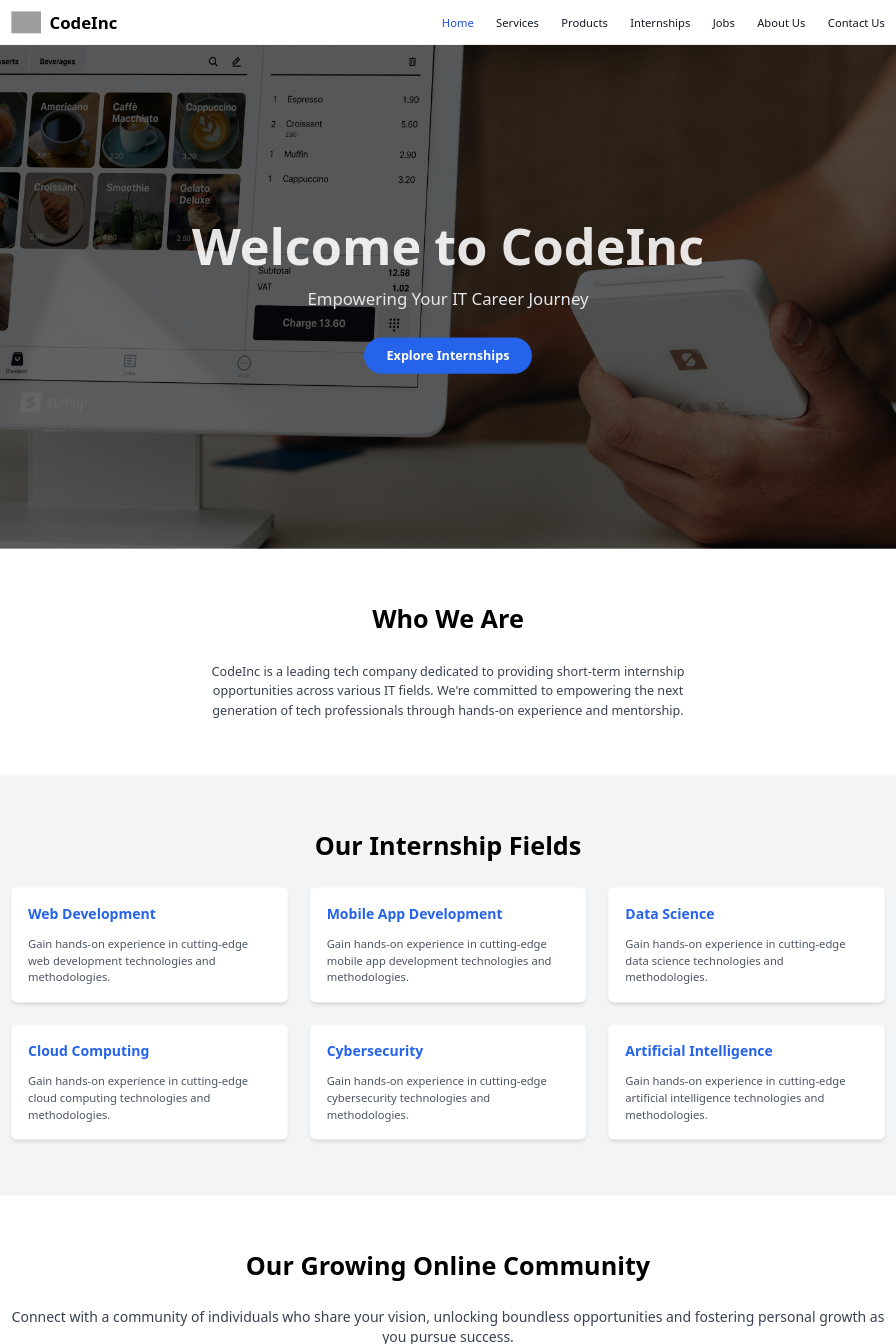
Repository: Charith117/CodeInc-Project
Page: / (app in frontend/)
An editor plug-in stored every save of this project. The page is shown before and after a run of saves, followed by the edit.
The browser window is 1280 px wide. The pictures show the part of the page from y = 0 to 1920 px (the page is 3510 px tall before and 3210 px after), at 70% of full size.
Pictures or frames that could not be fetched are drawn as grey boxes. The page's requests for data from a server got no answer. The project was rebuilt for these pictures with package versions that can differ from the ones it lists, and the page was loaded fresh each time. No one was signed in, and anything a server would have sent is missing. Also part of the build but not shown: frontend/vite.config.js, frontend/src/pages/Services.jsx, frontend/src/pages/Products.jsx, frontend/src/components/InternShipFieldCard.jsx, frontend/src/pages/Internships.jsx, frontend/src/pages/Jobs.jsx, frontend/src/pages/Verification.jsx, frontend/src/pages/AboutUs.jsx and 1 more.

Above is the page before, as saved 2024-09-15 16:33:39.

### frontend/src/App.jsx
import { BrowserRouter as Router, Route, Routes } from 'react-router-dom';
import Header from './components/Header';
import Footer from './components/Footer';
import Home from './pages/Home';
import Services from './pages/Services';
import Products from './pages/Products';
import Internships from './pages/Internships';
import Jobs from './pages/Jobs';
import Verification from './pages/Verification';
import AboutUs from './pages/AboutUs';
import ContactUs from './pages/ContactUs';

function App() {
  return (
    <Router>
      <div className="flex flex-col min-h-screen">
        <Header />
        <main className="flex-grow">
          <Routes>
            <Route path="/" element={<Home />} />
            <Route path="/services" element={<Services />} />
            <Route path="/products" element={<Products />} />
            <Route path="/internships" element={<Internships />} />
            <Route path="/jobs" element={<Jobs />} />
            <Route path="/verification" element={<Verification />} />
            <Route path="/about-us" element={<AboutUs />} />
            <Route path="/contact-us" element={<ContactUs />} />
          </Routes>
        </main>
        <Footer />
      </div>
    </Router>
  );
}

export default App;

### frontend/src/components/Header.jsx
import Navigation from './Navigation';

function Header() {
  return (
    <header>
      <Navigation />
    </header>
  );
}

export default Header;

### frontend/src/components/Footer.jsx
import { FaFacebook, FaTwitter, FaInstagram, FaLinkedin } from 'react-icons/fa';


function Footer() {
    return (
      <footer className="py-10 text-white bg-gray-800">
        <div className="container px-4 mx-auto">
          <div className="grid grid-cols-1 gap-8 md:grid-cols-4">
            <div>
              <h3 className="mb-4 text-lg font-semibold">Useful Links</h3>
              <ul className="space-y-2">
                <li><a href="#" className="hover:text-blue-300">Privacy Policy</a></li>
                <li><a href="#" className="hover:text-blue-300">Refund Policy</a></li>
                <li><a href="#" className="hover:text-blue-300">Terms and Conditions</a></li>
              </ul>
            </div>
            <div>
              <h3 className="mb-4 text-lg font-semibold">Legal Links</h3>
              <ul className="space-y-2">
                <li><a href="#" className="hover:text-blue-300">Home</a></li>
                <li><a href="#" className="hover:text-blue-300">About Us</a></li>
                <li><a href="#" className="hover:text-blue-300">Services</a></li>
                <li><a href="#" className="hover:text-blue-300">Internships</a></li>
              </ul>
            </div>
            <div>
              <h3 className="mb-4 text-lg font-semibold">Contact Info</h3>
              <p>Lokenath bose garden lane</p>
              <p>Kolkata, West Bengal</p>
            </div>
            <div>
              <h3 className="mb-4 text-lg font-semibold">Follow Us</h3>
              <div className="flex space-x-4">
                <a href="#" className="text-2xl hover:text-blue-300"><FaFacebook /></a>
                <a href="#" className="text-2xl hover:text-blue-300"><FaTwitter /></a>
                <a href="#" className="text-2xl hover:text-blue-300"><FaInstagram /></a>
                <a href="#" className="text-2xl hover:text-blue-300"><FaLinkedin /></a>
              </div>
            </div>
          </div>
        </div>
      </footer>
    );
  }

  export default Footer;

### frontend/src/pages/Home.jsx
import { useState, useEffect } from 'react';
import { getInternships } from '../services/api';

function Home() {
  const [internships, setInternships] = useState([]);
  const [formData, setFormData] = useState({
    name: '',
    lastName: '',
    email: '',
    message: ''
  });

  useEffect(() => {
    const fetchInternships = async () => {
      try {
        const response = await getInternships();
        setInternships(response.data);
      } catch (error) {
        console.error('Error fetching internships:', error);
      }
    };
    fetchInternships();
  }, []);

  const handleInputChange = (e) => {
    const { name, value } = e.target;
    setFormData(prevState => ({
      ...prevState,
      [name]: value
    }));
  };

  const handleSubmit = (e) => {
    e.preventDefault();
    // Here you would typically send the form data to your backend
    console.log('Form submitted:', formData);
    // Reset form after submission
    setFormData({
      name: '',
      lastName: '',
      email: '',
      message: ''
    });
  };

  return (
    <div className="bg-gray-50">
      {/* Hero Section */}
      <section className="relative flex items-center justify-center h-screen overflow-hidden bg-center bg-cover">
        <div className="absolute inset-0 bg-center bg-cover animate-ken-burns" style={{backgroundImage: "url('hero-image.jpg')"}}></div>
        <div className="absolute inset-0 bg-black opacity-60"></div>
        <div className="relative z-10 max-w-4xl px-4 mx-auto text-center">
          <h1 className="mb-6 text-5xl font-bold text-white md:text-7xl animate-fade-in-down animate-pulse">Welcome to CodeInc</h1>
          <p className="mb-10 text-xl text-gray-200 md:text-2xl animate-fade-in-up">Empowering Your IT Career Journey</p>
          <a
            href="internships"
            className="inline-block px-8 py-3 text-lg font-semibold text-white transition duration-300 ease-in-out transform bg-blue-600 rounded-full hover:bg-blue-700 hover:scale-105 animate-fade-in"
          >
            Explore Internships
          </a>
        </div>
      </section>

      {/* About Us Section */}
      <section className="py-20 bg-white">
        <div className="container px-4 mx-auto">
          <h2 className="mb-10 text-3xl font-bold text-center md:text-4xl">Who We Are</h2>
          <p className="max-w-3xl mx-auto text-lg text-center text-gray-700">
            CodeInc is a leading tech company dedicated to providing short-term internship opportunities across various IT fields. We're committed to empowering the next generation of tech professionals through hands-on experience and mentorship.
          </p>
        </div>
      </section>

      {/* Internship Fields Section */}
      <section className="py-20 bg-gray-100">
        <div className="container px-4 mx-auto">
          <h2 className="mb-10 text-3xl font-bold text-center md:text-4xl">Our Internship Fields</h2>
          <div className="grid grid-cols-1 gap-8 md:grid-cols-3">
            {['Web Development', 'Mobile App Development', 'Data Science', 'Cloud Computing', 'Cybersecurity', 'Artificial Intelligence'].map((field, index) => (
              <div key={index} className="p-6 transition duration-300 bg-white rounded-lg shadow-md hover:shadow-lg">
                <h3 className="mb-4 text-xl font-semibold text-blue-600">{field}</h3>
                <p className="text-gray-600">Gain hands-on experience in cutting-edge {field.toLowerCase()} technologies and methodologies.</p>
              </div>
            ))}
          </div>
        </div>
      </section>

      {/* Our Growing Online Community Section */}
      <section className="py-20 bg-white">
        <div className="container px-4 mx-auto">
          <h2 className="mb-10 text-3xl font-bold text-center md:text-4xl">Our Growing Online Community</h2>
          <p className="mb-12 text-xl text-center text-gray-700">
            Connect with a community of individuals who share your vision, unlocking boundless opportunities and fostering personal growth as you pursue success.
          </p>
          <div className="grid grid-cols-1 gap-8 md:grid-cols-2 lg:grid-cols-4">
            <div className="p-6 text-center rounded-lg bg-gray-50">
              <h3 className="mb-2 text-4xl font-bold text-blue-600">240K+</h3>
              <p className="text-gray-600">LinkedIn community</p>
            </div>
            <div className="p-6 text-center rounded-lg bg-gray-50">
              <h3 className="mb-2 text-4xl font-bold text-blue-600">6K+</h3>
              <p className="text-gray-600">Telegram community</p>
            </div>
            <div className="p-6 text-center rounded-lg bg-gray-50">
              <h3 className="mb-2 text-4xl font-bold text-blue-600">20K+</h3>
              <p className="text-gray-600">Instagram community</p>
            </div>
            <div className="p-6 text-center rounded-lg bg-gray-50">
              <h3 className="mb-2 text-4xl font-bold text-blue-600">90K+</h3>
              <p className="text-gray-600">Facebook community</p>
            </div>
          </div>
        </div>
      </section>

      {/* Community Section */}
      <section className="py-20 bg-gray-100">
        <div className="container px-4 mx-auto text-center">
          <h2 className="mb-6 text-3xl font-bold md:text-4xl">Join Our Intern Community</h2>
          <p className="max-w-2xl mx-auto mb-8 text-lg text-gray-700">Connect with fellow interns, mentors, and industry professionals in our vibrant community.</p>
          <a href="#" className="px-8 py-3 text-lg font-semibold text-white transition duration-300 bg-blue-600 rounded-full hover:bg-blue-700">Join Now</a>
        </div>
      </section>

      {/* Contact Section */}
      <section className="py-20 bg-white">
        <div className="container px-4 mx-auto">
          <h2 className="mb-6 text-3xl font-bold text-center md:text-4xl">Get in Touch</h2>
          <p className="max-w-2xl mx-auto mb-8 text-lg text-center text-gray-700">Have questions about our internship programs? We'd love to hear from you!</p>
          <form onSubmit={handleSubmit} className="max-w-lg mx-auto">
            <div className="mb-4">
              <label htmlFor="name" className="block mb-2 font-bold text-gray-700">Name*</label>
              <input
                type="text"
                id="name"
                name="name"
                value={formData.name}
                onChange={handleInputChange}
                required
                className="w-full px-3 py-2 leading-tight text-gray-700 border rounded shadow appearance-none focus:outline-none focus:shadow-outline"
              />
            </div>
            <div className="mb-4">
              <label htmlFor="lastName" className="block mb-2 font-bold text-gray-700">Last name</label>
              <input
                type="text"
                id="lastName"
                name="lastName"
                value={formData.lastName}
                onChange={handleInputChange}
                className="w-full px-3 py-2 leading-tight text-gray-700 border rounded shadow appearance-none focus:outline-none focus:shadow-outline"
              />
            </div>
            <div className="mb-4">
              <label htmlFor="email" className="block mb-2 font-bold text-gray-700">Your email*</label>
              <input
                type="email"
                id="email"
                name="email"
                value={formData.email}
                onChange={handleInputChange}
                required
                className="w-full px-3 py-2 leading-tight text-gray-700 border rounded shadow appearance-none focus:outline-none focus:shadow-outline"
              />
            </div>
            <div className="mb-6">
              <label htmlFor="message" className="block mb-2 font-bold text-gray-700">Message*</label>
              <textarea
                id="message"
                name="message"
                value={formData.message}
                onChange={handleInputChange}
                required
                className="w-full px-3 py-2 leading-tight text-gray-700 border rounded shadow appearance-none focus:outline-none focus:shadow-outline"
                rows="4"
              ></textarea>
            </div>
            <div className="flex items-center justify-center">
              <button type="submit" className="px-8 py-3 text-lg font-semibold text-white transition duration-300 bg-green-600 rounded-full hover:bg-green-700">
                Submit
              </button>
            </div>
          </form>
        </div>
      </section>



    </div>
  );
}

export default Home;

### frontend/src/components/Navigation.jsx
import { Link } from 'react-router-dom';

function Navigation() {
  return (
    <nav className="bg-white border-gray-200 dark:bg-gray-900">
      <div className="flex flex-wrap items-center justify-between max-w-screen-xl p-4 mx-auto">
        <Link to="/" className="flex items-center">
          <img src="https://flowbite.com/docs/images/logo.svg" className="h-8 mr-3" alt="CodeInc Logo" />
          <span className="self-center text-2xl font-semibold whitespace-nowrap dark:text-white">CodeInc</span>
        </Link>
        <button data-collapse-toggle="navbar-default" type="button" className="inline-flex items-center p-2 ml-3 text-sm text-gray-500 rounded-lg md:hidden hover:bg-gray-100 focus:outline-none focus:ring-2 focus:ring-gray-200 dark:text-gray-400 dark:hover:bg-gray-700 dark:focus:ring-gray-600" aria-controls="navbar-default" aria-expanded="false">
          <span className="sr-only">Open main menu</span>
          <svg className="w-6 h-6" aria-hidden="true" fill="currentColor" viewBox="0 0 20 20" xmlns="http://www.w3.org/2000/svg"><path fillRule="evenodd" d="M3 5a1 1 0 011-1h12a1 1 0 110 2H4a1 1 0 01-1-1zM3 10a1 1 0 011-1h12a1 1 0 110 2H4a1 1 0 01-1-1zM3 15a1 1 0 011-1h12a1 1 0 110 2H4a1 1 0 01-1-1z" clipRule="evenodd"></path></svg>
        </button>
        <div className="hidden w-full md:block md:w-auto" id="navbar-default">
          <ul className="flex flex-col p-4 mt-4 font-medium border border-gray-100 rounded-lg md:p-0 bg-gray-50 md:flex-row md:space-x-8 md:mt-0 md:border-0 md:bg-white dark:bg-gray-800 md:dark:bg-gray-900 dark:border-gray-700">
            <li>
              <Link to="/" className="block py-2 pl-3 pr-4 text-white bg-blue-700 rounded md:bg-transparent md:text-blue-700 md:p-0 dark:text-white md:dark:text-blue-500" aria-current="page">Home</Link>
            </li>
            <li>
              <Link to="/services" className="block py-2 pl-3 pr-4 text-gray-900 rounded hover:bg-gray-100 md:hover:bg-transparent md:border-0 md:hover:text-blue-700 md:p-0 dark:text-white md:dark:hover:text-blue-500 dark:hover:bg-gray-700 dark:hover:text-white md:dark:hover:bg-transparent">Services</Link>
            </li>
            <li>
              <Link to="/products" className="block py-2 pl-3 pr-4 text-gray-900 rounded hover:bg-gray-100 md:hover:bg-transparent md:border-0 md:hover:text-blue-700 md:p-0 dark:text-white md:dark:hover:text-blue-500 dark:hover:bg-gray-700 dark:hover:text-white md:dark:hover:bg-transparent">Products</Link>
            </li>
            <li>
              <Link to="/internships" className="block py-2 pl-3 pr-4 text-gray-900 rounded hover:bg-gray-100 md:hover:bg-transparent md:border-0 md:hover:text-blue-700 md:p-0 dark:text-white md:dark:hover:text-blue-500 dark:hover:bg-gray-700 dark:hover:text-white md:dark:hover:bg-transparent">Internships</Link>
            </li>
            <li>
              <Link to="/jobs" className="block py-2 pl-3 pr-4 text-gray-900 rounded hover:bg-gray-100 md:hover:bg-transparent md:border-0 md:hover:text-blue-700 md:p-0 dark:text-white md:dark:hover:text-blue-500 dark:hover:bg-gray-700 dark:hover:text-white md:dark:hover:bg-transparent">Jobs</Link>
            </li>
            <li>
              <Link to="/about-us" className="block py-2 pl-3 pr-4 text-gray-900 rounded hover:bg-gray-100 md:hover:bg-transparent md:border-0 md:hover:text-blue-700 md:p-0 dark:text-white md:dark:hover:text-blue-500 dark:hover:bg-gray-700 dark:hover:text-white md:dark:hover:bg-transparent">About Us</Link>
            </li>
            <li>
              <Link to="/contact-us" className="block py-2 pl-3 pr-4 text-gray-900 rounded hover:bg-gray-100 md:hover:bg-transparent md:border-0 md:hover:text-blue-700 md:p-0 dark:text-white md:dark:hover:text-blue-500 dark:hover:bg-gray-700 dark:hover:text-white md:dark:hover:bg-transparent">Contact Us</Link>
            </li>
          </ul>
        </div>
      </div>
    </nav>
  );
}

export default Navigation;

### frontend/src/services/api.js
import axios from 'axios';

const API_URL = 'http://localhost:5000/api'; // Replace with your actual API URL

export const api = axios.create({
  baseURL: API_URL,
});

export const getInternships = () => api.get('/internships');
export const getJobs = () => api.get('/jobs');
// Add more API calls as needed

### frontend/tailwind.config.js
   /** @type {import('tailwindcss').Config} */
   export default {
    content: [
      "./index.html",
      "./src/**/*.{js,ts,jsx,tsx}",
    ],
    theme: {
      extend: {},
    },
    plugins: [],
  }

Loaded but not shown: frontend/index.html (common file); frontend/src/main.jsx (common file); frontend/src/index.css (common file)

After the next 2 saves:
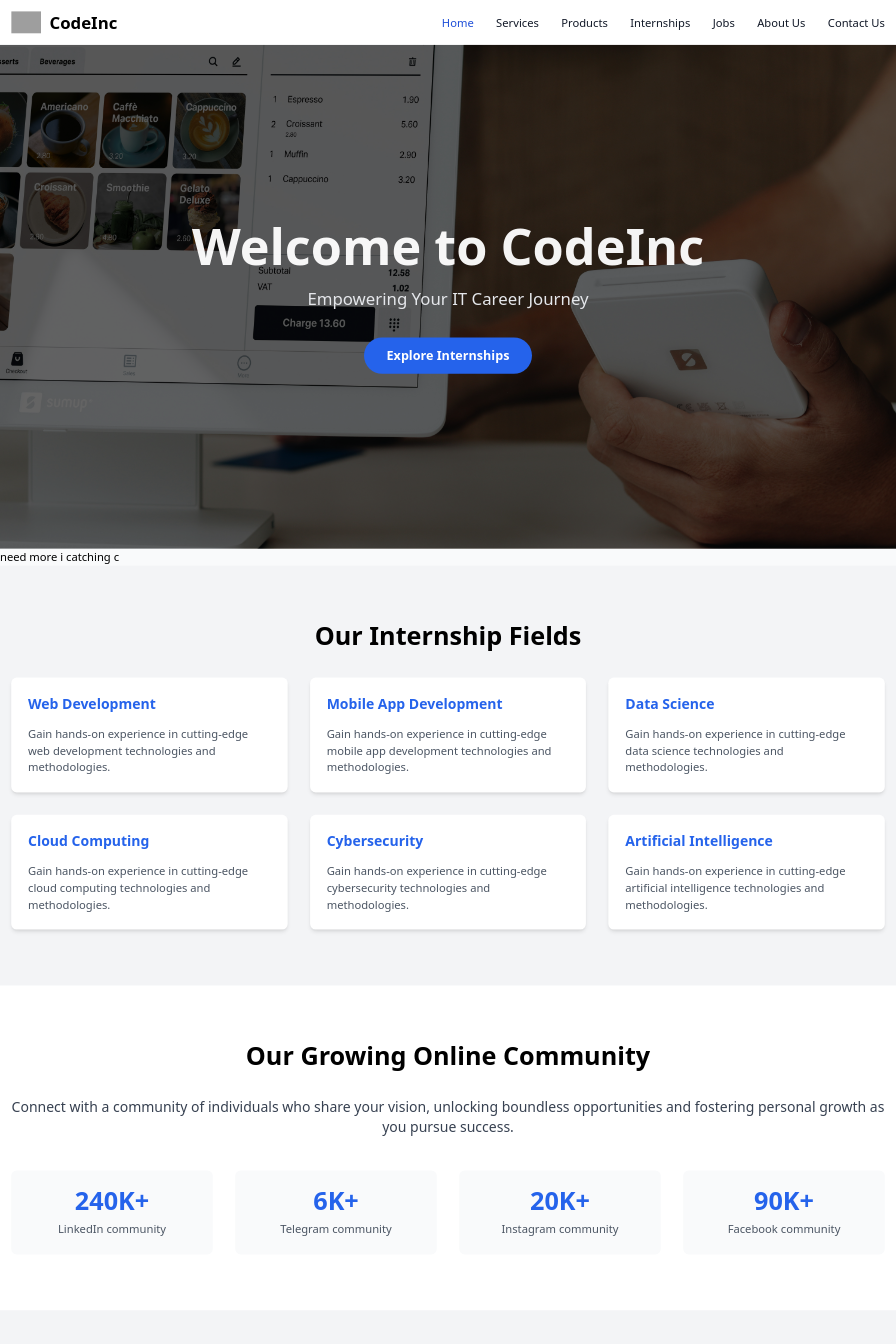
The 2 saves are shown as one change because they came seconds apart.
The last was saved 39 s later.
--- a/frontend/src/pages/Home.jsx
+++ b/frontend/src/pages/Home.jsx
@@ -62,14 +62,7 @@
       </section>
 
       {/* About Us Section */}
-      <section className="py-20 bg-white">
-        <div className="container px-4 mx-auto">
-          <h2 className="mb-10 text-3xl font-bold text-center md:text-4xl">Who We Are</h2>
-          <p className="max-w-3xl mx-auto text-lg text-center text-gray-700">
-            CodeInc is a leading tech company dedicated to providing short-term internship opportunities across various IT fields. We're committed to empowering the next generation of tech professionals through hands-on experience and mentorship.
-          </p>
-        </div>
-      </section>
+     need more i catching  c
 
       {/* Internship Fields Section */}
       <section className="py-20 bg-gray-100">

After the save that followed:
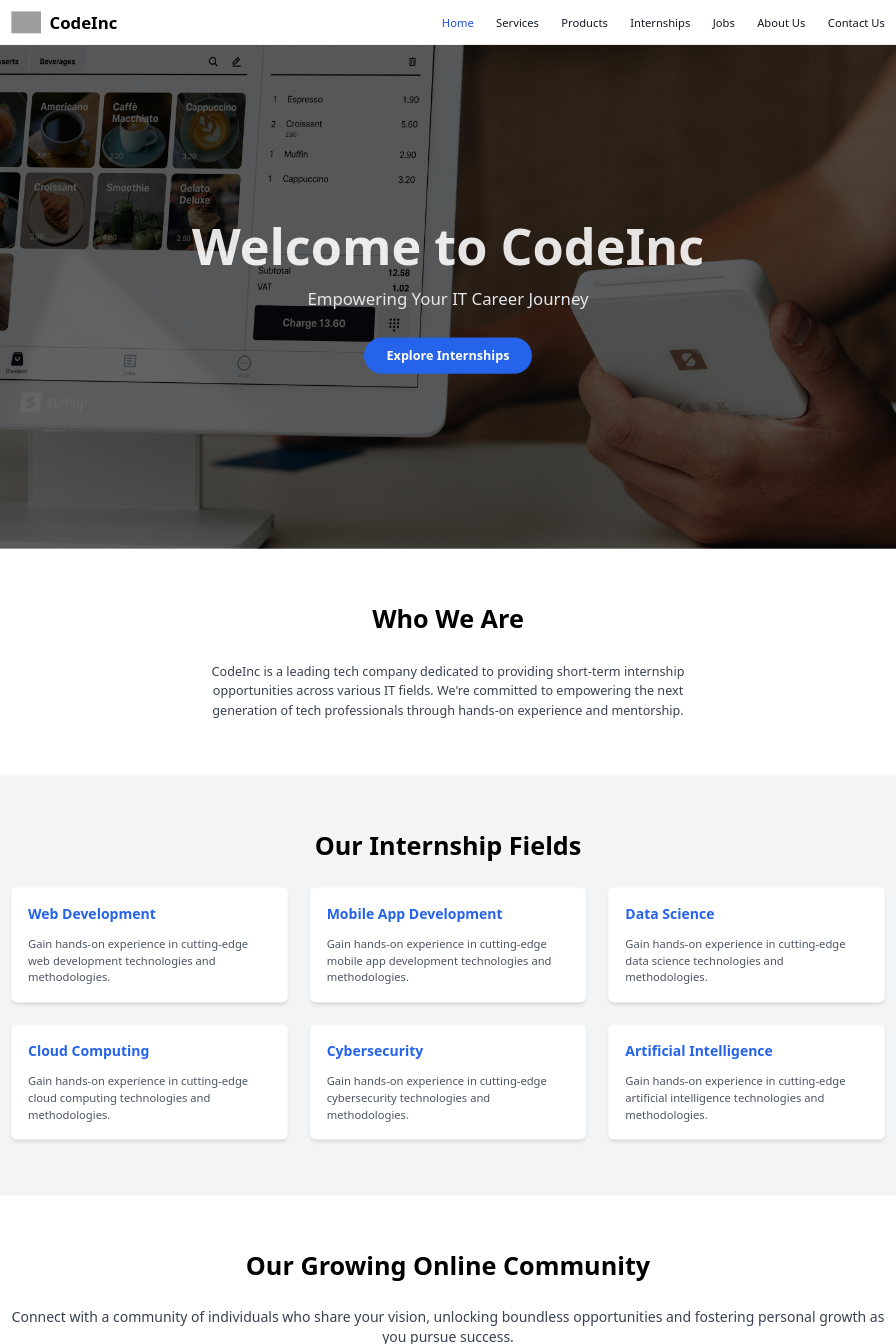
Saved 7 s later.
--- a/frontend/src/pages/Home.jsx
+++ b/frontend/src/pages/Home.jsx
@@ -62,7 +62,14 @@
       </section>
 
       {/* About Us Section */}
-     need more i catching  c
+      <section className="py-20 bg-white">
+        <div className="container px-4 mx-auto">
+          <h2 className="mb-10 text-3xl font-bold text-center md:text-4xl">Who We Are</h2>
+          <p className="max-w-3xl mx-auto text-lg text-center text-gray-700">
+            CodeInc is a leading tech company dedicated to providing short-term internship opportunities across various IT fields. We're committed to empowering the next generation of tech professionals through hands-on experience and mentorship.
+          </p>
+        </div>
+      </section>
 
       {/* Internship Fields Section */}
       <section className="py-20 bg-gray-100">
